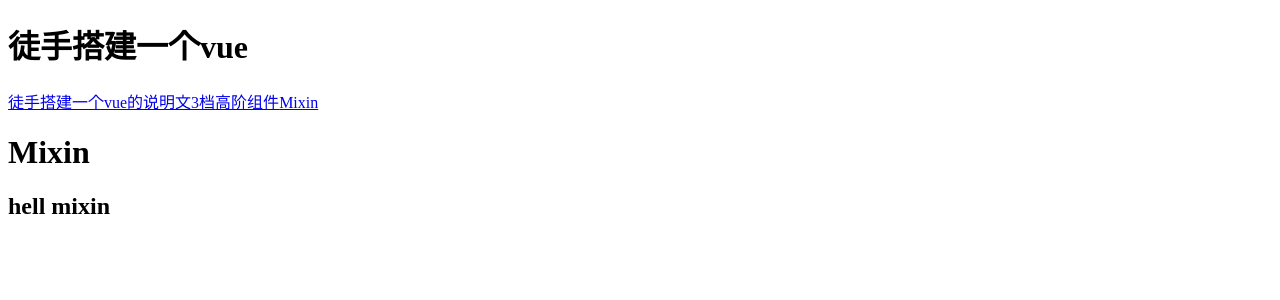
Repository: yuWhy/vue-build-cli
Page: /#/mixinDome
These files come from the project's save history. The page is drawn as it stood at one moment and after the next save; the edit follows.
The browser window is 1280 px wide. The pictures show the whole page.
The project was rebuilt for these pictures with package versions that can differ from the ones it lists, and the page was loaded fresh each time. Also part of the build but not shown: webpack.config.js, src/router/index.js.

Above is the page before, as saved 2021-02-22 15:34:41.

After the next save:
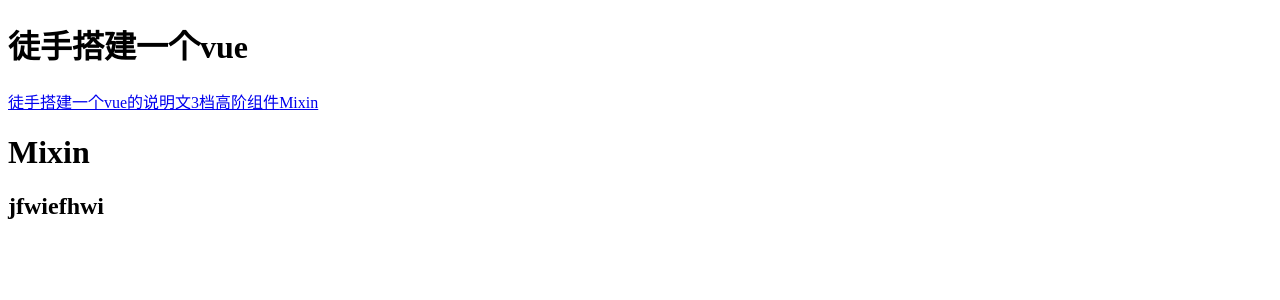
Saved 47 s later.
--- a/src/pages/MixinDome/index.vue
+++ b/src/pages/MixinDome/index.vue
@@ -10,6 +10,11 @@ import mixin from './mixin.js'
 export default {
   name: 'MixinDome',
   mixins: [mixin],
+  data() {
+    return {
+      msg: 'jfwiefhwi'
+    }
+  },
   created() {
     console.log('zai index.vue ')
     console.log(this.$data)
